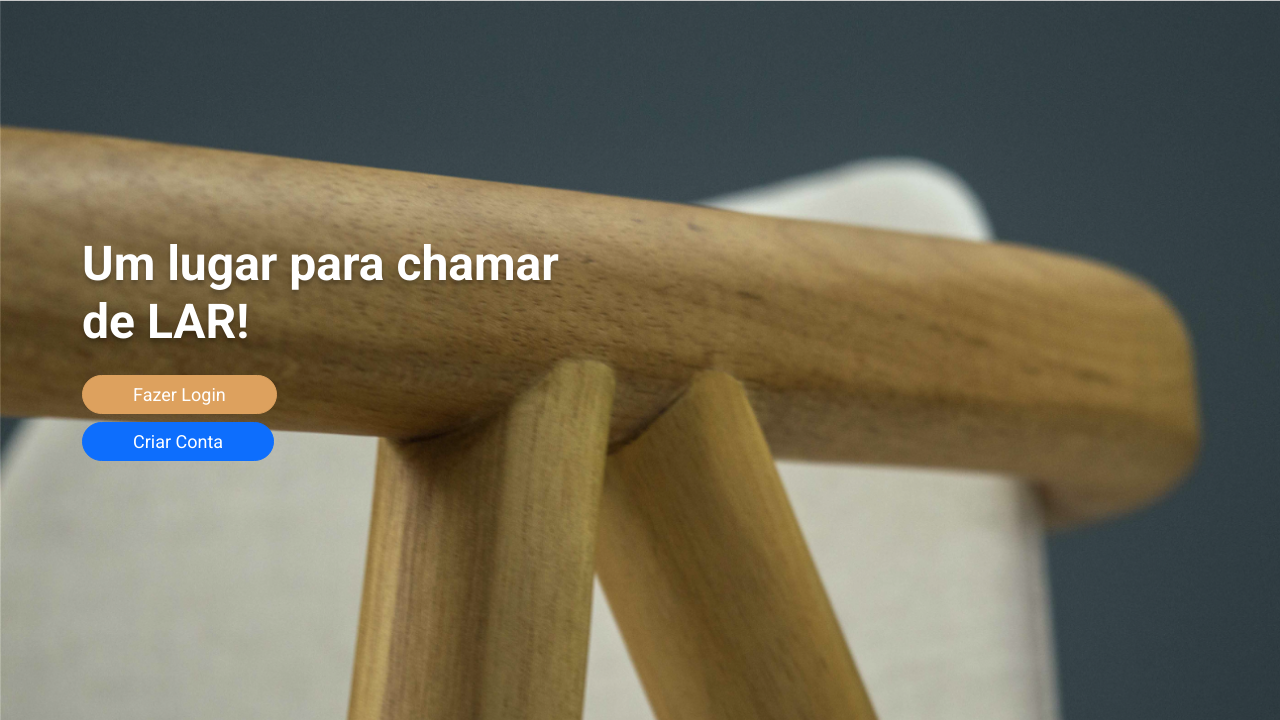
Repository: telesbp/Projeto-4-e-Projeto-5
Page: / (app in front-end/)
These files come from the project's save history. The page is drawn as it stood at one moment and after the next save; the edit follows.
The browser window is 1280 px wide. The pictures show the whole page.
The project was rebuilt for these pictures with package versions that can differ from the ones it lists, and the page was loaded fresh each time.

Above is the page before, as saved 2022-07-17 15:58:03.

After the next save:
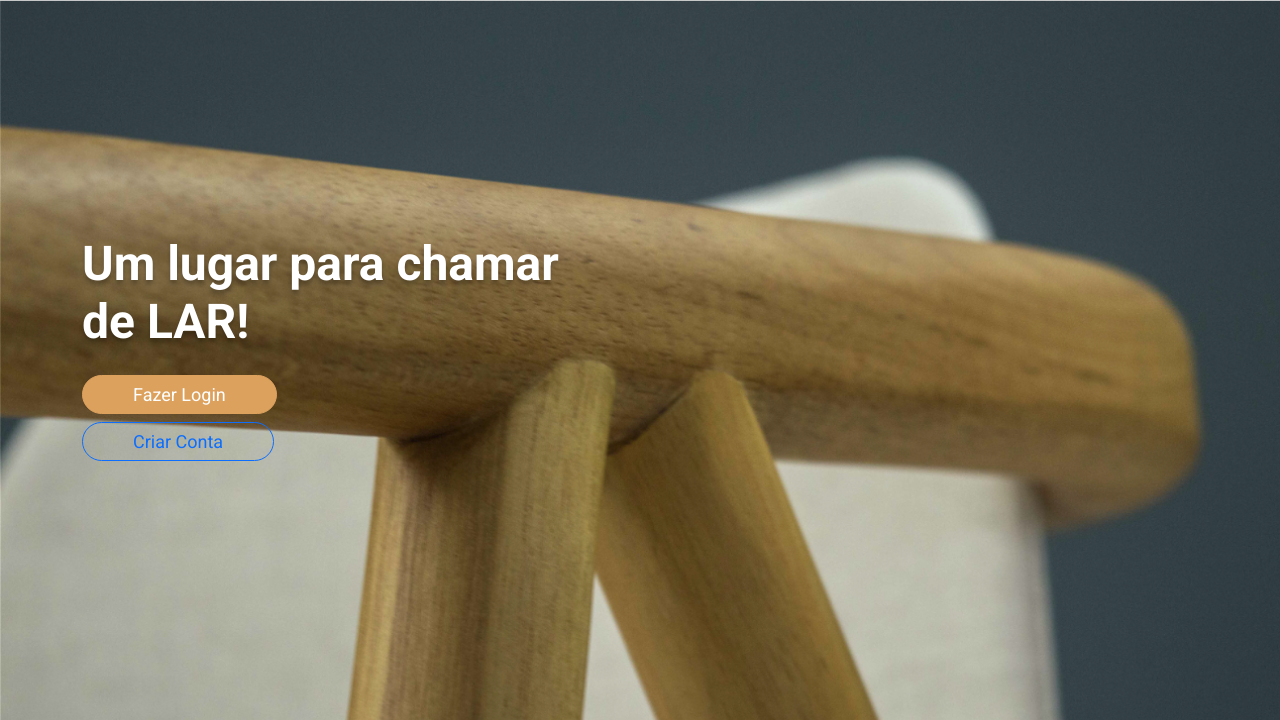
Saved 56 s later.
--- a/front-end/src/views/Home/index.tsx
+++ b/front-end/src/views/Home/index.tsx
@@ -9,7 +9,7 @@ export function HomeView(){
             <Container className="h-100 d-flex flex-column justify-content-center align-items-center align-items-lg-start">
                 <Title className="text-center text-white text-lg-start mt-auto mt-lg-0 ">Um lugar para chamar de LAR!</Title>
                 <CustomButton size="lg" variant="primary" className="mt-auto mt-lg-3 mb-2">Fazer Login</CustomButton>
-                <CustomButton size="lg" className="mb-4">Criar Conta</CustomButton>
+                <CustomButton size="lg" variant="outline-primary" className="mb-4">Criar Conta</CustomButton>
             </Container>
         </Banner>
     )
